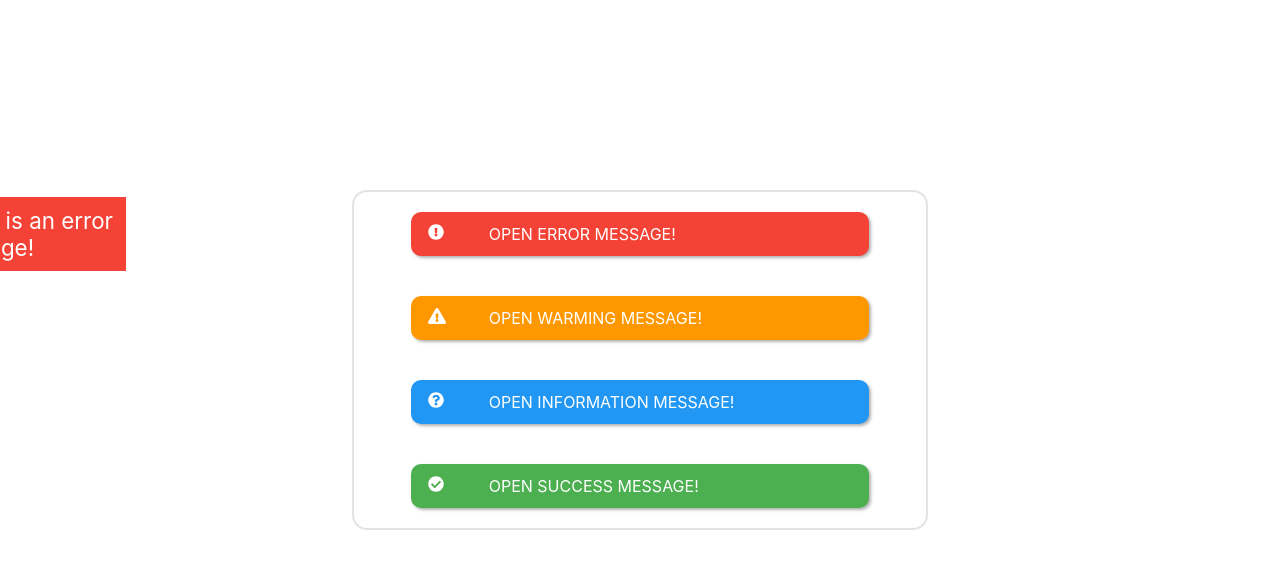
Repository: KrzysKolo/sr_tydzien5_zad2
Page: /, after clicking the first element matching `div.btn`
An editor plug-in stored every save of this project. The page is shown before and after the next save, followed by the edit.
The browser window is 1280 px wide. The pictures show the whole page.
The project was rebuilt for these pictures with package versions that can differ from the ones it lists, and the page was loaded fresh each time.

Above is the page before, as saved 2020-12-28 04:13:04.

After the next save:
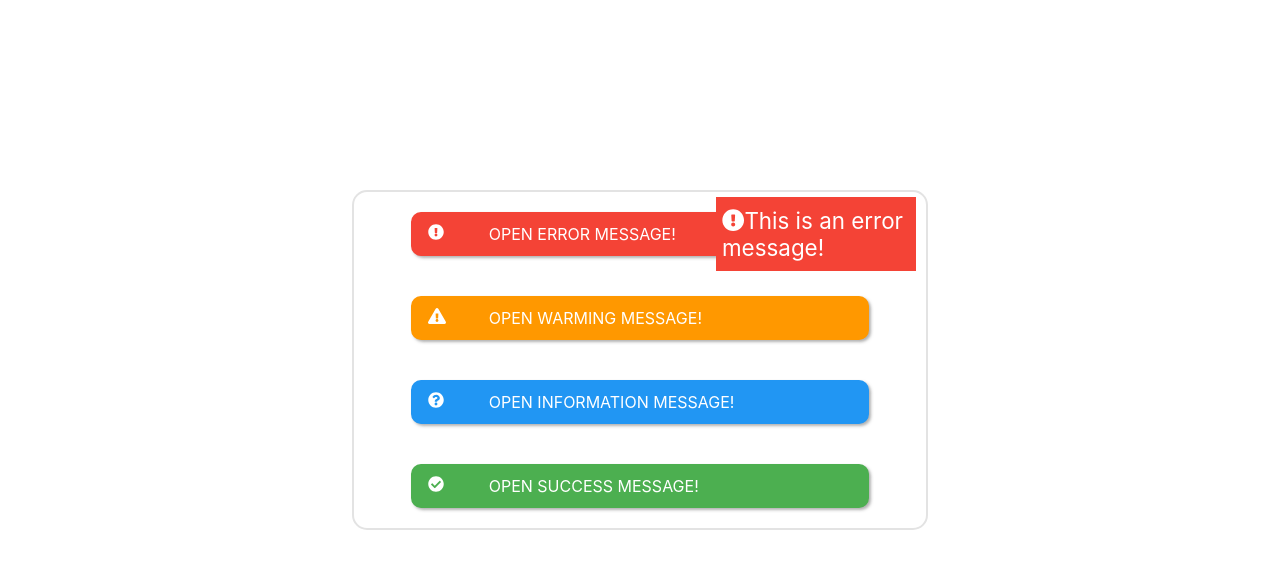
Saved 21 s later.
--- a/src/App.css
+++ b/src/App.css
@@ -61,5 +61,5 @@ body {
 .top-right {
   position: absolute;
   top: 5px;
-  right: 800px;
+  right: 10px;
 }
